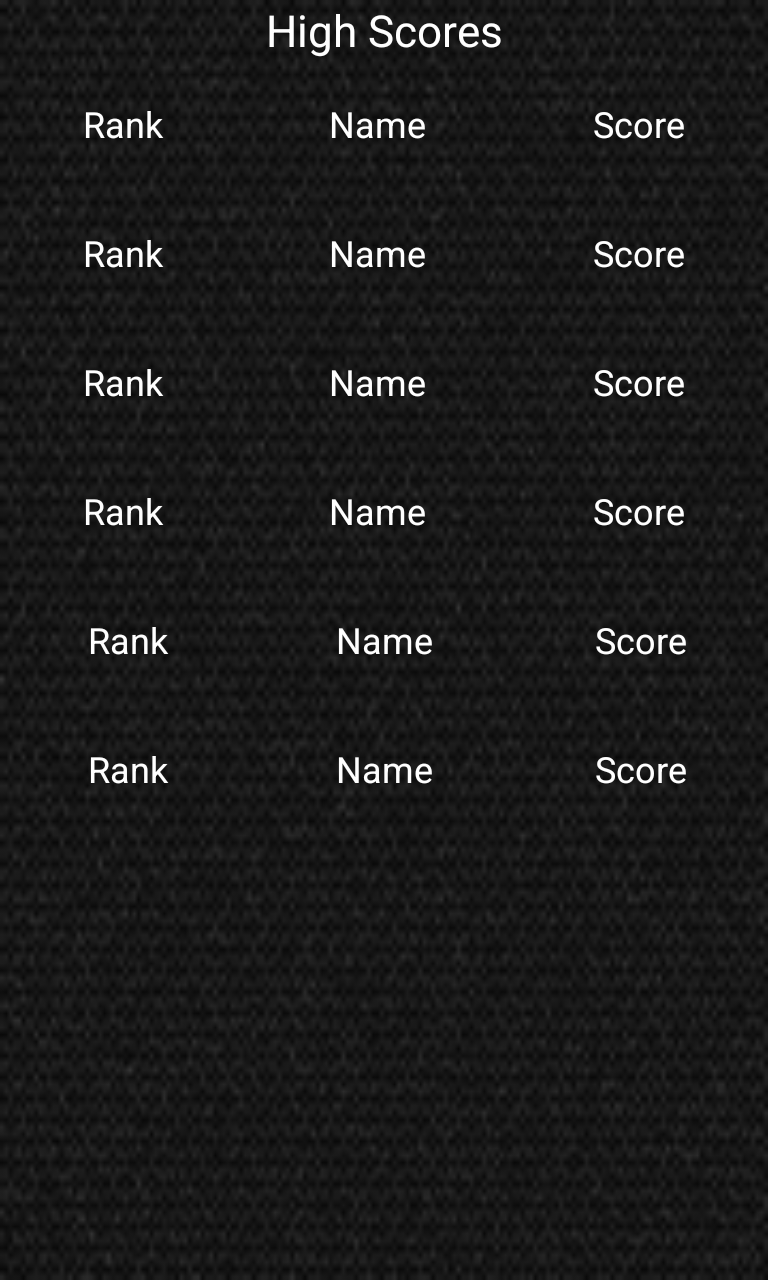
Repository: Tacohen/Killbots
Layout: Killbots/res/layout/high_scores.xml
The author's editor kept a copy of each file at every save. The layout is drawn from the files as they stood at one save, then again after the next save.
It is drawn on a 768 x 1280 px phone screen (xhdpi) without system bars, with theme AppTheme; the app's code is not run.

Above is the layout before, as saved 2013-12-08 01:51:01.

After the next save:
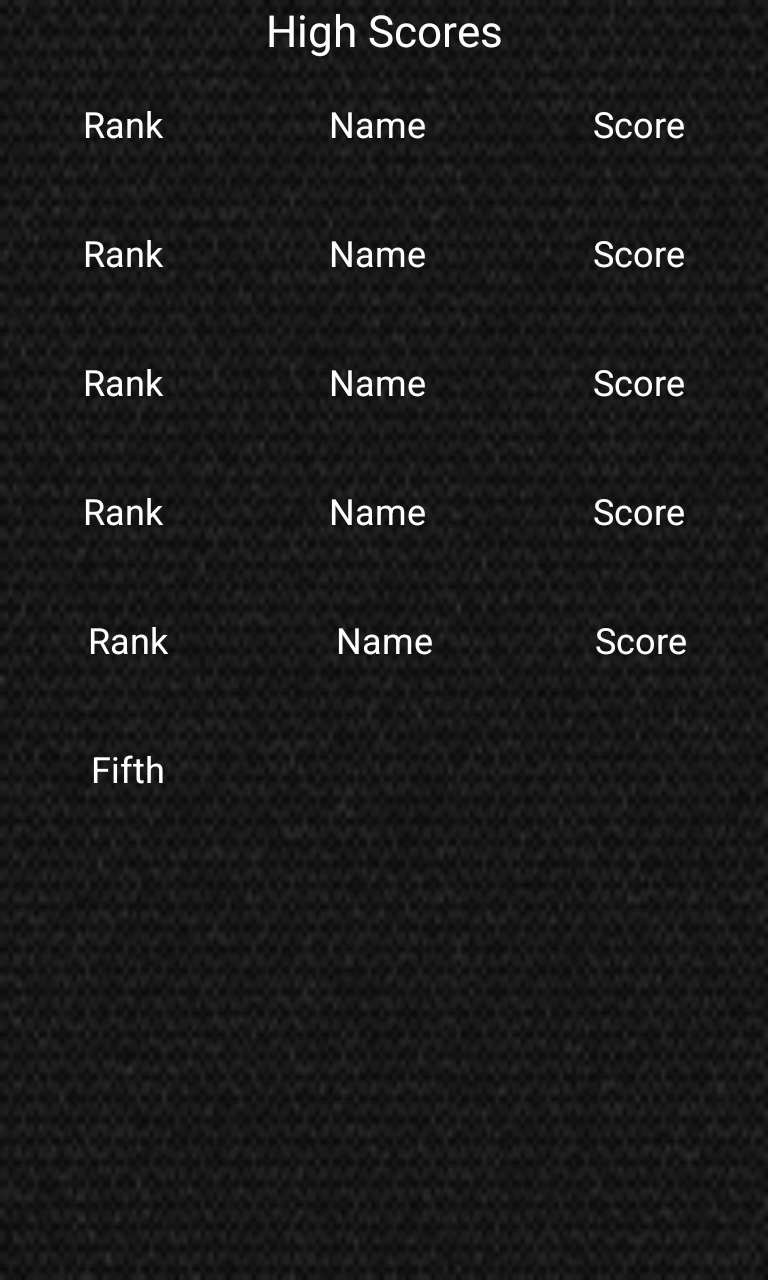
Saved 29 s later.
--- a/Killbots/res/layout/high_scores.xml
+++ b/Killbots/res/layout/high_scores.xml
@@ -182,7 +182,7 @@
 
         <TextView
             android:id="@+id/rankText5"
-            android:text="Rank"
+            android:text="Fifth"
             android:layout_weight="1"
             android:textAppearance="?android:attr/textAppearanceMedium"
             android:textColor="#FFFFFF"
@@ -190,7 +190,7 @@
 
         <TextView
             android:id="@+id/nameText5"
-            android:text="Name"
+            android:text=""
             android:layout_weight="1"
             android:textAppearance="?android:attr/textAppearanceMedium"
             android:textColor="#FFFFFF"
@@ -199,7 +199,7 @@
 
         <TextView
             android:id="@+id/scoreText5"
-            android:text="Score"
+            android:text=""
             android:layout_weight="1"
             android:textAppearance="?android:attr/textAppearanceMedium"
             android:textColor="#FFFFFF"
